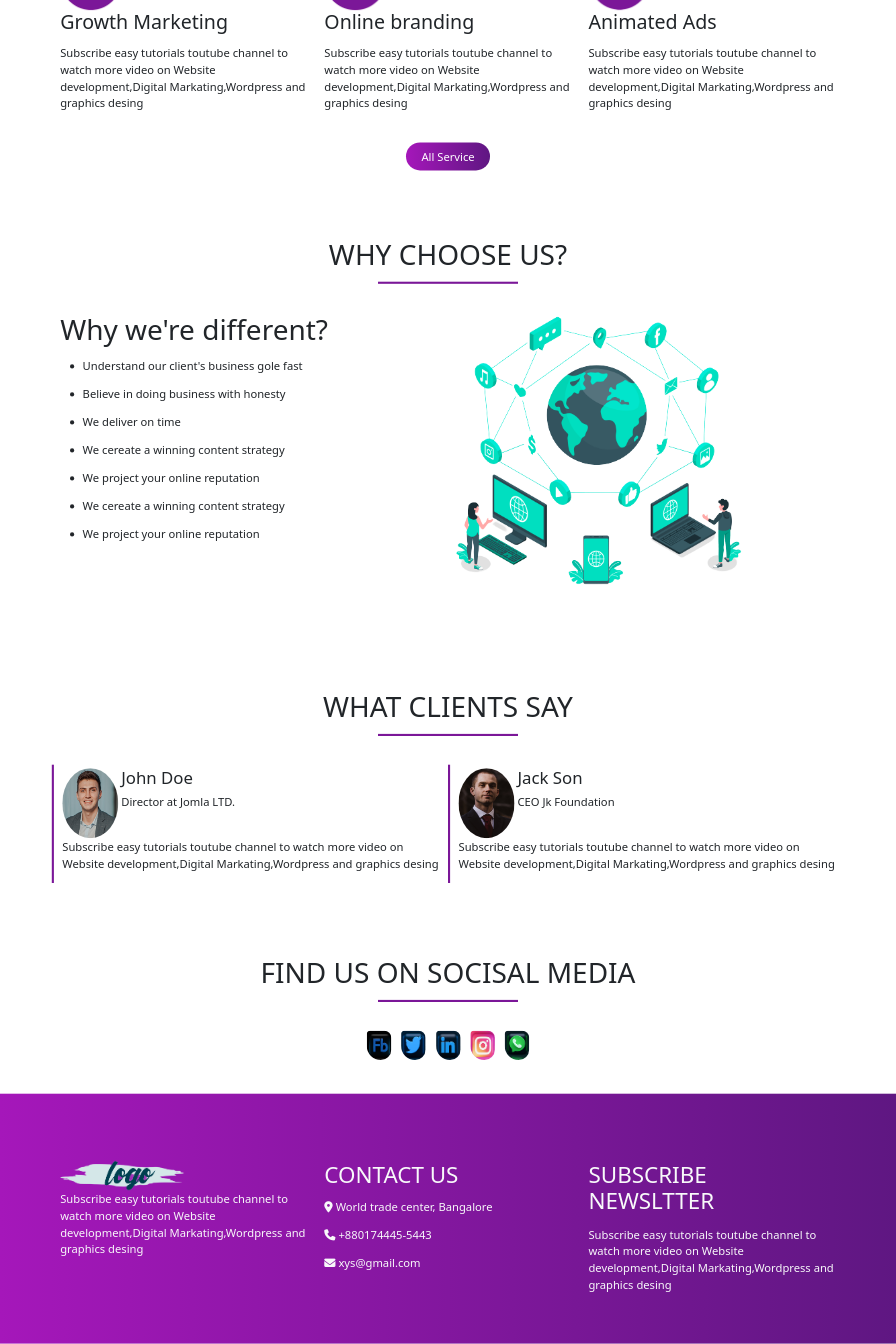
Repository: zjria/PSD-to-HTML-DIGITAL-AGENCY
Page: index.html
The author's editor kept a copy of each file at every save. The page is drawn from the files as they stood at one save, then again after the next save.
The browser window is 1280 px wide. The pictures show the part of the page from y = 768 to 2688 px (the page is 2688 px tall before and 2657 px after), at 70% of full size.
Some web libraries are served in a nearby version.

Above is the page before, as saved 2022-05-11 23:14:00.

### index.html
<!doctype html>
<html lang="en">
  <head>
    <!-- Required meta tags -->
    <meta charset="utf-8">
    <meta name="viewport" content="width=device-width, initial-scale=1">
    <title>DIGITAL AGENCY</title>
    <!-- Bootstrap CSS -->
    <link href="https://cdn.jsdelivr.net/npm/bootstrap@5.0.2/dist/css/bootstrap.min.css" rel="stylesheet">
    <!-- Font awesome link-->
    <link rel="stylesheet" href="https://cdnjs.cloudflare.com/ajax/libs/font-awesome/6.1.1/css/all.min.css">
    <!-- custom CSS  -->
    <link rel="stylesheet" href="css/style.css">
  </head>
  <body>
    <!-- Navbar Section Start -->
    <section class="header">
        <nav class="navbar navbar-expand-md fixed-top">
            <div class="container">
                <a href="#" class="navbar-brand">
                    <img src="img/h_logo.png" alt="" class="menu-icon img-fluid w-50">
                </a>
                <button class="navbar-toggler" data-bs-target="#menunavbarlink" data-bs-toggle="collapse" type="button">
                    <span class="navbar-toggler-icon"></span>
                </button>
                <div class="collapse navbar-collapse fw-bold " id="menunavbarlink">
                  <ul class="navbar-nav ms-auto ">
                    <li class="nav-item ">
                      <a href="#Home" class="nav-link text-white">Home</a>
                    </li>
                    <li class="nav-item">
                      <a href="#Services" class="nav-link text-white">Services</a>
                    </li>
                    <li class="nav-item">
                      <a href="#About" class="nav-link text-white">About</a>
                    </li>
                    <li class="nav-item">
                      <a href="#Testimonials" class="nav-link text-white" >Testimonials</a>
                    </li>
                    <li class="nav-item">
                      <a href="#Contact" class="nav-link text-white">Contact</a>
                    </li>
                  </ul>
                </div>
            </div>
        </nav>
    </section>
    <!-- Navbar Section END -->
    <!-- Navbar Section Start -->
    <section class="" id="baner" id="Home">
      <div class="container p-3 py-5">
        <div class="row align-items-center text-white mt-5">
          <div class="col-md-6">
            <h1>BEST DIGITAL AGENCY</h1>
            <p class="lead">Subscribe easy tutorials toutube channel to watch more video on Website development,Digital Markating,Wordpress and graphics desing</p>
            <a href="#"><img src="img/play.png" class="img-fluid me-2 " alt=""><span>Watch tutorials</span></a>
          </div>
          <div class="col-md-6 m-auto">
            <img src="img/heder_logo.png" class="img-fluid w-75" alt="">
          </div>
        </div>
      </div>
      <img src="img/wave1.png" alt="" class="img-wave1 img-fluid">
    </section>
    <!-- Navbar Section END -->

    <!-- Service Section Start -->
      <section class="service-section">
        <div class="container p-3 py-5">
          <div class="row">
            <h1 class="title">WHAT WE DO?</h1>
          </div>
          <div class="row mt-5">
            <div class="col-12 col-md-4 mb-2">
              <img src="img/service1.png" alt="" class="img-fluid w-25">
              <h3 class="mb-3">Growth Marketing</h3>
              <p>
                Subscribe easy tutorials toutube channel to watch more video on Website development,Digital Markating,Wordpress and graphics desing</p>
            </div>
            <div class="col-12 col-md-4 mb-2">
              <img src="img/service2.png" alt="" class="img-fluid w-25">
              <h3 class="mb-3">Online branding</h3>
              <p>
                Subscribe easy tutorials toutube channel to watch more video on Website development,Digital Markating,Wordpress and graphics desing</p>
            </div>
            <div class="col-12 col-md-4 mb-2">
              <img src="img/service3.png" alt="" class="img-fluid w-25">
              <h3 class="mb-3">Animated Ads</h3>
              <p>
                Subscribe easy tutorials toutube channel to watch more video on Website development,Digital Markating,Wordpress and graphics desing</p>
            </div>
          </div>
          <div class="row">
            <div class="com-12 text-center">
              <button type="button" class="services-button btn">All Service</button>
            </div>
          </div>
        </div>
      </section>
    <!-- Service Section End -->

    <!-- About Section Start -->
    <section class="about-section">
      <div class="container p-3 py-5">
        <div class="row">
          <h1 class="title">WHY CHOOSE US?</h1>
        </div>
        <div class="row my-5">
          <div class="col-md-6">
            <h1>Why we're different?</h1>
            <ul>
              <li class="py-2">Understand our client's business gole fast</li>
              <li class="py-2">Believe in doing business with honesty</li>
              <li class="py-2">We deliver on time</li>
              <li class="py-2">We cereate a winning content strategy</li>
              <li class="py-2">We project your online reputation</li>
              <li class="py-2">We cereate a winning content strategy</li>
              <li class="py-2">We project your online reputation</li>
            </ul>
          </div>
          <div class="col-md-6">
            <img src="img/networker.png" alt="" class="img-fluid w-75">
          </div>
        </div>
      </div>
    </section>

    <!-- About Section End -->

    <!-- Testimonial Start -->
    <section class="Testimonial-section">
      <div class="container p-3 py-5">
        <div class="row">
          <h1 class="title">WHAT CLIENTS SAY</h1>
        </div>
        <div class="row mt-5 man-img">
          <div class="col-12 col-md-6 mb-2 cline-div-style">
            <img src="img/man-1.png" alt="" class="img-fluid">
            <span class="d-inline-block mt-1">
              <h4>John Doe</h4>
              <p>Director at Jomla LTD.</p>
            </span>
            <p>
              Subscribe easy tutorials toutube channel to watch more video on Website development,Digital Markating,Wordpress and graphics desing</p>
          </div>
          <div class="col-12 col-md-6 mb-2 cline-div-style">
            <img src="img/man-2.png" alt="" class="img-fluid">
            <span class="d-inline-block mt-1">
              <h4>Jack Son</h4>
              <p>CEO Jk Foundation</p>
            </span>
            <p>
              Subscribe easy tutorials toutube channel to watch more video on Website development,Digital Markating,Wordpress and graphics desing</p>
          </div>
        </div>
      </div>
    </section>
    <!-- Testimonial End -->

    <!-- Social Section Start -->
    <section class="Social-section">
      <div class="container p-3 py-5">
        <div class="row">
          <h1 class="title">FIND US ON SOCISAL MEDIA</h1>
        </div>
        <div class="row pt-5 text-center">
          <div class="col-12">
            <a href="#"><img src="img/F.png" alt="" class="img-fluid"></a>
            <a href="#"><img src="img/T.png" alt="" class="img-fluid"></a>
            <a href="#"><img src="img/L.png" alt="" class="img-fluid"></a>
            <a href="#"><img src="img/I.png" alt="" class="img-fluid"></a>
            <a href="#"><img src="img/M.png" alt="" class="img-fluid"></a>
          </div>
        </div>
      </div>
    </section>
    <!-- Social Section End -->
    <!-- Footer Section Start -->
    <section class="Footer-section" id="Footer">
      <div class="container p-3 py-5 text-light">
        <div class="row mt-5">
          <div class="col-12 col-md-4 mb-2">
            <img src="img/h_logo.png" alt="" class="img-fluid w-50">
            <p>
              Subscribe easy tutorials toutube channel to watch more video on Website development,Digital Markating,Wordpress and graphics desing</p>
          </div>
          <div class="col-12 col-md-4 mb-2">
            <h2 class="mb-3">CONTACT US</h2>
            <p><i class="fa-solid fa-location-dot"></i> World trade center, Bangalore</p>
            <p><i class="fa-solid fa-phone"></i> +880174445-5443</p>
            <p><i class="fa-solid fa-envelope"></i> xys@gmail.com</p>
          </div>
          <div class="col-12 col-md-4 mb-2">

            <h2 class="mb-3">SUBSCRIBE NEWSLTTER</h2>
            <p>
              Subscribe easy tutorials toutube channel to watch more video on Website development,Digital Markating,Wordpress and graphics desing</p>
          </div>
        </div>

      </div>
    </section>
    <!-- Footer Section End -->


    <!-- Optional JavaScript; choose one of the two! -->
    <!-- Option 1: Bootstrap Bundle with Popper -->
    <script src="https://cdn.jsdelivr.net/npm/bootstrap@5.0.2/dist/js/bootstrap.bundle.min.js"></script>
  </body>
</html>

### css/style.css
.navbar{
    background-image: linear-gradient(to right, #a517ba,#5f1782)!important;
}
#baner{
    background-image: linear-gradient(to right, #a517ba,#5f1782)!important;
    align-items: center;
    margin: auto;
    justify-content: center;
}
#baner a img{
    width: 50px;
    align-items: center;
    margin: auto;
    justify-content: center;

}
#baner a{
    text-decoration: none;
    color: white;
}
.img-wave1{
    width: 100%;
}

/* Service Section */
.title{
    text-align: center;
}
.title::after{
    content: "";
    display: block;
    background: #7B1798;
    height: 3px;
    width: 200px;
    margin: auto;
    transform: translateY(15px);
}

.services-button {
    background-image: linear-gradient(to right, #a517ba,#5f1782);
    color: white;
    border: none;
    width: 120px;
    height: 40px;
    margin: auto;
    border-radius: 20px;
    margin-top: 20px;
}
/* Testimonial-section Section Start  */
.Testimonial-section .man-img img{
    width: 80px;
    border-radius: 50%;
}
/* Cline-section Section Start  */
.cline-div-style{
    border-left: 3px solid #7B1798;
}
/* Social-section */
.Social-section a{
    margin: 5px;

}
.Social-section img{
    width: 35px;
    border-radius: 10px 20px 30px 40px;
    transition: 0.5s;
}
.Social-section img:hover{
    transform: translateY(-15px);
}

/* Footer Section */
#Footer{
    background-image: linear-gradient(to right, #a517ba,#5f1782)!important;
}
#Footer{
    background-image: linear-gradient(to right, #a517ba,#5f1782)!important;
    align-items: center;
    margin: auto;
    justify-content: center;
}

After the next save:
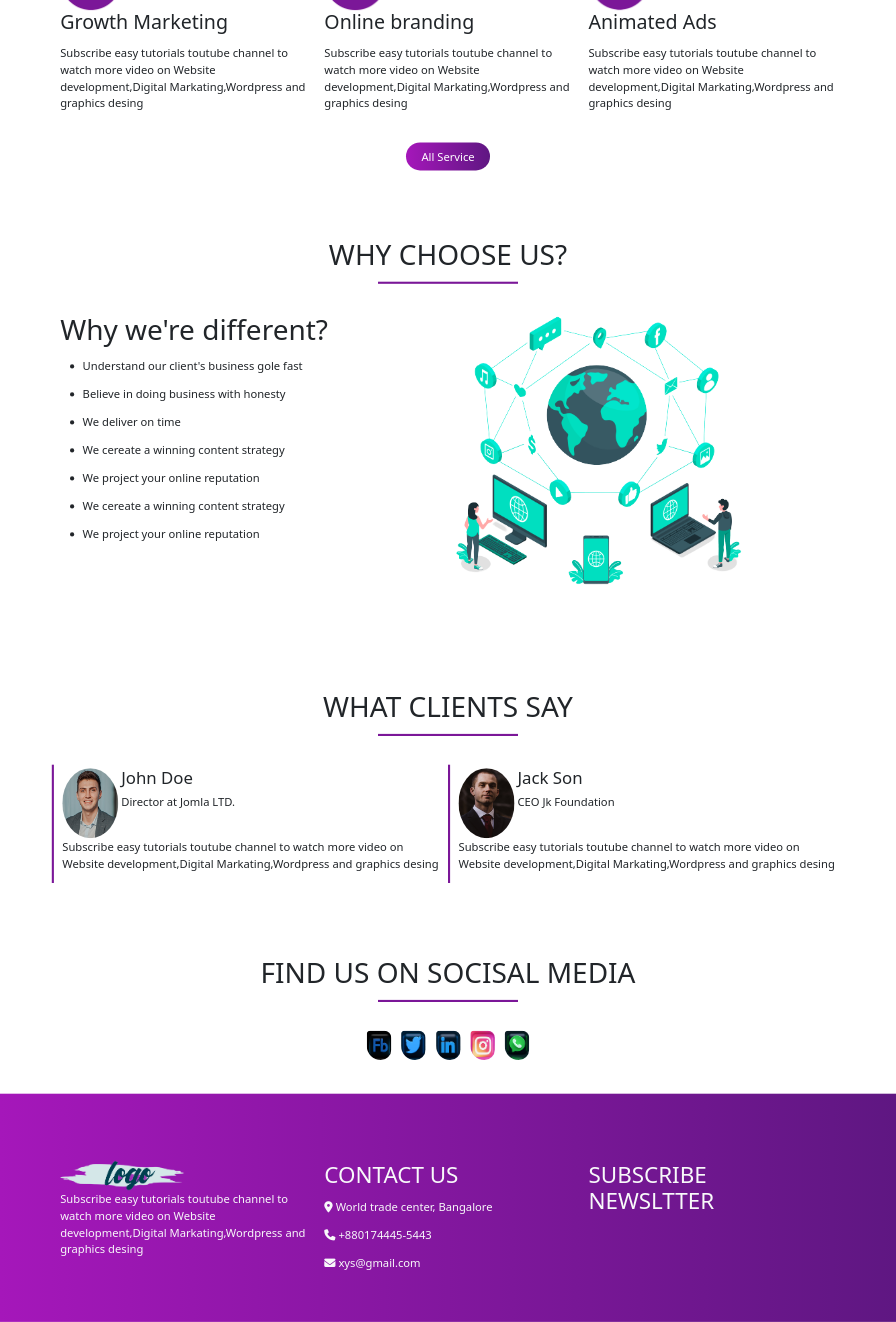
Saved 11 s later.
--- a/index.html
+++ b/index.html
@@ -191,10 +191,8 @@
             <p><i class="fa-solid fa-envelope"></i> xys@gmail.com</p>
           </div>
           <div class="col-12 col-md-4 mb-2">
-
             <h2 class="mb-3">SUBSCRIBE NEWSLTTER</h2>
-            <p>
-              Subscribe easy tutorials toutube channel to watch more video on Website development,Digital Markating,Wordpress and graphics desing</p>
+
           </div>
         </div>
 
